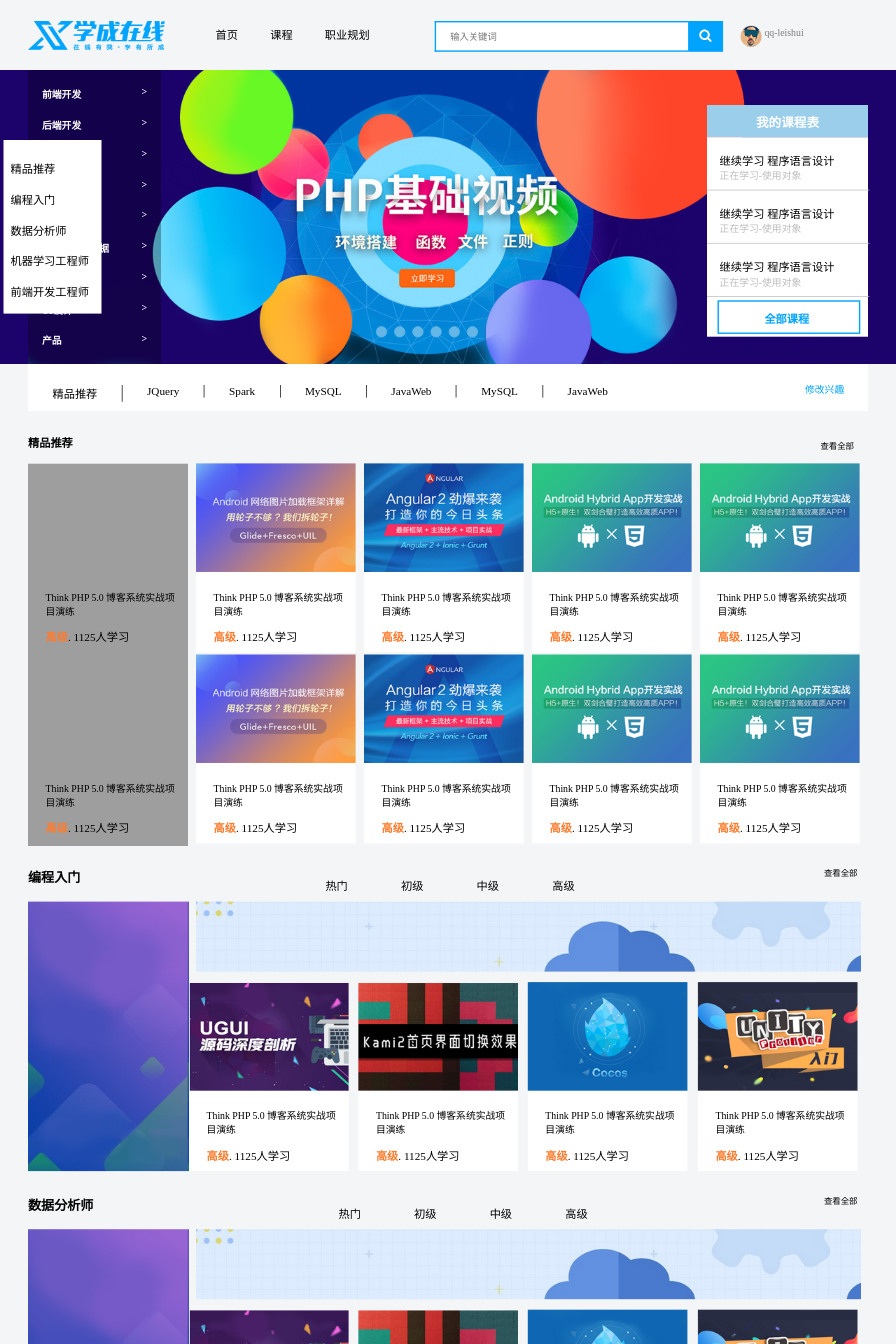
Repository: try-18/web-page-1
Page: index.html
These files come from the project's save history. The page is drawn as it stood at one moment and after the next save; the edit follows.
The browser window is 1280 px wide. The pictures show the part of the page from y = 0 to 1920 px (the page is 3340 px tall), at 70% of full size.
Pictures or frames that could not be fetched are drawn as grey boxes.

Above is the page before, as saved 2021-11-02 13:09:57.

### index.html
<!DOCTYPE html>
<html lang="en">

<head>
    <meta charset="UTF-8">
    <meta http-equiv="X-UA-Compatible" content="IE=edge">
    <meta name="viewport" content="width=device-width, initial-scale=1.0">
    <title>Document</title>
    <link rel="stylesheet" href="index.css">
</head>

<body>
    <div class="header center">
        <div class="logo1"><img src="img\logo.png" alt="学成在线"></div>
        <div class="first">
            <ul>
                <li><a href="#">首页</a></li>
                <li>
                    <a href="#">课程</a>
                </li>
                <li>
                    <a href="#">职业规划</a>
                </li>
            </ul>
        </div>
        <div class="sousuo">
            <input type="text" placeholder="输入关键词">
            <button><img src="img\search.png" alt=""></button>
        </div>
        <div class="person">
            <img src="img\touxiang.png" alt="">
            <h4>qq-leishui</h4>
        </div>
    </div>
    <div class="second">
        <div class="second1 center">
            <div class="second1left">
                <ul>
                    <li>
                        <a href="#">
                            <h4>前端开发</h4>
                            <h5>&gt;</h5>
                        </a>
                    </li>
                    <li>
                        <a href="#">
                            <h4>后端开发</h4>
                            <h5>&gt;</h5>
                        </a>
                    </li>
                    <li>
                        <a href="#">
                            <h4>移动开发</h4>
                            <h5>&gt;</h5>
                        </a>
                    </li>
                    <li>
                        <a href="#">
                            <h4>人工智能</h4>
                            <h5>&gt;</h5>
                        </a>
                    </li>
                    <li>
                        <a href="#">
                            <h4>商业预测</h4>
                            <h5>&gt;</h5>
                        </a>
                    </li>
                    <li>
                        <a href="#">
                            <h4>云计算&大数据</h4>
                            <h5>&gt;</h5>
                        </a>
                    </li>
                    <li>
                        <a href="#">
                            <h4>运维&从测试</h4>
                            <h5>&gt;</h5>
                        </a>
                    </li>
                    <li>
                        <a href="#">
                            <h4>UI设计</h4>
                            <h5>&gt;</h5>
                        </a>
                    </li>
                    <li>
                        <a href="#">
                            <h4>产品</h4>
                            <h5>&gt;</h5>
                        </a>
                    </li>
                </ul>
            </div>
            <div class="second1middle">
                <ul>
                    <li>
                        <a href="#">
                            <div></div>
                        </a>
                    </li>
                    <li>
                        <a href="#">
                            <div></div>
                        </a>
                    </li>
                    <li>
                        <a href="#">
                            <div></div>
                        </a>
                    </li>
                    <li>
                        <a href="#">
                            <div></div>
                        </a>
                    </li>
                    <li>
                        <a href="#">
                            <div></div>
                        </a>
                    </li>
                    <li>
                        <a href="#">
                            <div></div>
                        </a>
                    </li>
                </ul>
            </div>
            <div class="second1right">
                <div class="second1righttop">
                    <h4>我的课程表</h4>
                </div>
                <div class="second1rightmiddle">
                    <ul>
                        <li><a href="#">继续学习 程序语言设计<p>正在学习-使用对象</p></a>
                        </li>
                        <li><a href="#">继续学习 程序语言设计<p>正在学习-使用对象</p></a>
                        </li>
                        <li><a href="#">继续学习 程序语言设计<p>正在学习-使用对象</p></a>
                        </li>
                    </ul>
                </div>
                <div class="second1rightbottom">
                    <div class="second1rightbottomcenter">
                        <h4><a href="#">全部课程</a></h4>
                    </div>
                </div>
            </div>
        </div>
    </div>
    <div class="third center">
        <div class="thirdleft">
            <ul>
                <li><a href="#">精品推荐</a></li>
                <li><a href="#">JQuery</a></li>
                <li><a href="#">Spark</a></li>
                <li><a href="#">MySQL</a></li>
                <li><a href="#">JavaWeb</a></li>
                <li><a href="#">MySQL</a></li>
                <li><a href="#">JavaWeb</a></li>
            </ul>
        </div>
        <div class="thirdright">
            <a href="#">修改兴趣</a>
        </div>

    </div>
    <div class="fourth">
        <div class="fourthtop center">
            <div class="fourthtopleft">
                <h4>精品推荐</h4>
            </div>
            <div class="fourthtopright" id="fourth">
                <a href="#">查看全部</a>
            </div>
        </div>
        <div class="fourthmiddle center">
            <div class="fourthmiddle1 fourthmiddle0">

                <p><a href="#">Think PHP 5.0 博客系统实战项目演练</a></p>
                <div class="fourthmiddle11">
                    <h4>高级</h4>
                    <span> . 1125人学习</span>
                </div>
            </div>
            <div class="fourthmiddle2 fourthmiddle0">
                <p><a href="#">Think PHP 5.0 博客系统实战项目演练</a></p>
                <div class="fourthmiddle11">
                    <h4>高级</h4>
                    <span> . 1125人学习</span>
                </div>
            </div>
            <div class="fourthmiddle3 fourthmiddle0">
                <p><a href="#">Think PHP 5.0 博客系统实战项目演练</a></p>
                <div class="fourthmiddle11">
                    <h4>高级</h4>
                    <span> . 1125人学习</span>
                </div>
            </div>
            <div class="fourthmiddle4 fourthmiddle0">
                <p><a href="#">Think PHP 5.0 博客系统实战项目演练</a></p>
                <div class="fourthmiddle11">
                    <h4>高级</h4>
                    <span> . 1125人学习</span>
                </div>
            </div>
            <div class="fourthmiddle5 fourthmiddle0">
                <p><a href="#">Think PHP 5.0 博客系统实战项目演练</a></p>
                <div class="fourthmiddle11">
                    <h4>高级</h4>
                    <span> . 1125人学习</span>
                </div>
            </div>
            <div class="fourthmiddle6 fourthmiddle0">
                <p><a href="#">Think PHP 5.0 博客系统实战项目演练</a></p>
                <div class="fourthmiddle11">
                    <h4>高级</h4>
                    <span> . 1125人学习</span>
                </div>
            </div>
            <div class="fourthmiddle7 fourthmiddle0">
                <p><a href="#">Think PHP 5.0 博客系统实战项目演练</a></p>
                <div class="fourthmiddle11">
                    <h4>高级</h4>
                    <span> . 1125人学习</span>
                </div>
            </div>
            <div class="fourthmiddle8 fourthmiddle0">
                <p><a href="#">Think PHP 5.0 博客系统实战项目演练</a></p>
                <div class="fourthmiddle11">
                    <h4>高级</h4>
                    <span> . 1125人学习</span>
                </div>
            </div>
            <div class="fourthmiddle9 fourthmiddle0">
                <p><a href="#">Think PHP 5.0 博客系统实战项目演练</a></p>
                <div class="fourthmiddle11">
                    <h4>高级</h4>
                    <span> . 1125人学习</span>
                </div>
            </div>
            <div class="fourthmiddle10 fourthmiddle0">
                <p><a href="#">Think PHP 5.0 博客系统实战项目演练</a></p>
                <div class="fourthmiddle11">
                    <h4>高级</h4>
                    <span> . 1125人学习</span>
                </div>
            </div>
        </div>
    </div>
    <div class="fifthtop center">
        <h3>编程入门</h3>
        <div class="fifthtopmiddle">
            <ul>
                <li>热门</li>
                <li>初级</li>
                <li>中级</li>
                <li>高级</li>
            </ul>
        </div>
        <a href="#" id="fifth">查看全部</a>
    </div>
    <div class="fifthmiddle center">
        <div class="fifthmiddleleft"> </div>
        <div class="fifthmiddletop"></div>
        <div class="fifthmiddlemiddle">
            <div class="fifthmiddle1 fourthmiddle0">
                <p><a href="#">Think PHP 5.0 博客系统实战项目演练</a></p>
                <div class="fifthmiddle11">
                    <h4>高级</h4>
                    <span> . 1125人学习</span>
                </div>
            </div>
            <div class="fifthmiddle2 fourthmiddle0">
                <p><a href="#">Think PHP 5.0 博客系统实战项目演练</a></p>
                <div class="fifthmiddle11">
                    <h4>高级</h4>
                    <span> . 1125人学习</span>
                </div>
            </div>
            <div class="fifthmiddle3 fourthmiddle0">
                <p><a href="#">Think PHP 5.0 博客系统实战项目演练</a></p>
                <div class="fifthmiddle11">
                    <h4>高级</h4>
                    <span> . 1125人学习</span>
                </div>
            </div>
            <div class="fifthmiddle4 fourthmiddle0">
                <p><a href="#">Think PHP 5.0 博客系统实战项目演练</a></p>
                <div class="fifthmiddle11">
                    <h4>高级</h4>
                    <span> . 1125人学习</span>
                </div>
            </div>
        </div>
    </div>
    <div class="sixthtop center">
        <h3>数据分析师</h3>
        <div class="sixthtopmiddle">
            <ul>
                <li>热门</li>
                <li>初级</li>
                <li>中级</li>
                <li>高级</li>
            </ul>
        </div>
        <a href="#" id="sixth">查看全部</a>
    </div>
    <div class="sixthmiddle center">
        <div class="sixthmiddleleft">
        </div>
        <div class="sixthmiddletop">
        </div>
        <div class="sixthmiddlemiddle">
            <div class="sixthmiddle1 fourthmiddle0">
                <p><a href="#">Think PHP 5.0 博客系统实战项目演练</a></p>
                <div class="sixthmiddle11">
                    <h4>高级</h4>
                    <span> . 1125人学习</span>
                </div>
            </div>
            <div class="sixthmiddle2 fourthmiddle0">
                <p><a href="#">Think PHP 5.0 博客系统实战项目演练</a></p>
                <div class="sixthmiddle11">
                    <h4>高级</h4>
                    <span> . 1125人学习</span>
                </div>
            </div>
            <div class="sixthmiddle3 fourthmiddle0">
                <p><a href="#">Think PHP 5.0 博客系统实战项目演练</a></p>
                <div class="sixthmiddle11">
                    <h4>高级</h4>
                    <span> . 1125人学习</span>
                </div>
            </div>
            <div class="sixthmiddle4 fourthmiddle0">
                <p><a href="#">Think PHP 5.0 博客系统实战项目演练</a></p>
                <div class="sixthmiddle11">
                    <h4>高级</h4>
                    <span> . 1125人学习</span>
                </div>
            </div>
        </div>
    </div>
    <div class="seventhtop center">
        <h3>机器学习工程师</h3>
        <div class="seventhtopmiddle">
            <ul>
                <li>热门</li>
                <li>初级</li>
                <li>中级</li>
                <li>高级</li>
            </ul>
        </div>
        <a href="#" id="seventh">查看全部</a>
    </div>
    <div class="seventhmiddle center">
        <div class="seventhmiddlemiddle">
            <div class="seventhmiddle1 fourthmiddle0">
                <p><a href="#">Think PHP 5.0 博客系统实战项目演练</a></p>
                <div class="seventhmiddle11">
                    <h4>高级</h4>
                    <span> . 1125人学习</span>
                </div>
            </div>
            <div class="seventhmiddle2 fourthmiddle0">
                <p><a href="#">Think PHP 5.0 博客系统实战项目演练</a></p>
                <div class="seventhmiddle11">
                    <h4>高级</h4>
                    <span> . 1125人学习</span>
                </div>
            </div>
            <div class="seventhmiddle3 fourthmiddle0">
                <p><a href="#">Think PHP 5.0 博客系统实战项目演练</a></p>
                <div class="seventhmiddle11">
                    <h4>高级</h4>
                    <span> . 1125人学习</span>
                </div>
            </div>
            <div class="seventhmiddle4 fourthmiddle0">
                <p><a href="#">Think PHP 5.0 博客系统实战项目演练</a></p>
                <div class="seventhmiddle11">
                    <h4>高级</h4>
                    <span> . 1125人学习</span>
                </div>
            </div>
            <div class="seventhmiddle5 fourthmiddle0">
                <p><a href="#">Think PHP 5.0 博客系统实战项目演练</a></p>
                <div class="seventhmiddle11">
                    <h4>高级</h4>
                    <span> . 1125人学习</span>
                </div>
            </div>
        </div>
    </div>
    <div class="eighthtop center">
        <h3>前端开发工程师</h3>
        <div class="eighthtopmiddle">
            <ul>
                <li>热门</li>
                <li>初级</li>
                <li>中级</li>
                <li>高级</li>
            </ul>
        </div>
        <a href="#" id="eighth">查看全部</a>
    </div>
    <div class="eighthmiddle center">
        <div class="eighthmiddlemiddle">
            <div class="eighthmiddle1 fourthmiddle0">
                <p><a href="#">Think PHP 5.0 博客系统实战项目演练</a></p>
                <div class="eighthmiddle11">
                    <h4>高级</h4>
                    <span> . 1125人学习</span>
                </div>
            </div>
            <div class="eighthmiddle2 fourthmiddle0">
                <p><a href="#">Think PHP 5.0 博客系统实战项目演练</a></p>
                <div class="eighthmiddle11">
                    <h4>高级</h4>
                    <span> . 1125人学习</span>
                </div>
            </div>
            <div class="eighthmiddle3 fourthmiddle0">
                <p><a href="#">Think PHP 5.0 博客系统实战项目演练</a></p>
                <div class="eighthmiddle11">
                    <h4>高级</h4>
                    <span> . 1125人学习</span>
                </div>
            </div>
            <div class="eighthmiddle4 fourthmiddle0">
                <p><a href="#">Think PHP 5.0 博客系统实战项目演练</a></p>
                <div class="eighthmiddle11">
                    <h4>高级</h4>
                    <span> . 1125人学习</span>
                </div>
            </div>
            <div class="eighthmiddle5 fourthmiddle0">
                <p><a href="#">Think PHP 5.0 博客系统实战项目演练</a></p>
                <div class="eighthmiddle11">
                    <h4>高级</h4>
                    <span> . 1125人学习</span>
                </div>
            </div>
        </div>
    </div>
    <div class="last">
        <div class="lastcenter center">
            <div class="lastleft">
                <div class="lastcenterlefttop">
                    <img src="img\logo.png" alt="">
                </div>
                <div class="lastcenterleftmiddle">
                    <p>学成在线致力于普及中国最好的教育它与中国一流大学和机构合作提供在线课程。2017年XTCG Inc. 保留所有权利。-沪ICP备15025210号</p>
                </div>
                <div class="lastcenterleftbottom">
                    <a href="#">
                        <h4>下载APP</h4>
                    </a>
                </div>
            </div>
        </div>
        <div class="lastmiddle1">
            <h4>关于学成网</h4>
            <ul>
                <li><a href="#">关于</a></li>
                <li><a href="#">管理团队</a></li>
                <li><a href="#">工作机会</a></li>
                <li><a href="#">客户服务</a></li>
                <li><a href="#">帮助</a></li>
            </ul>
        </div>
        <div class="lastmiddle1">
            <h4>新手指南</h4>
            <ul>
                <li><a href="#">如何注册</a></li>
                <li><a href="#">如何选课</a></li>
                <li><a href="#">如何拿到毕业证</a></li>
                <li><a href="#">学分是什么</a></li>
                <li><a href="#">考试未通过怎么办</a></li>
            </ul>
        </div>
        <div class="lastmiddle1">
            <h4>合作伙伴</h4>
            <ul>
                <li><a href="#">合作机构</a></li>
                <li><a href="#">合作导师</a></li>
            </ul>
        </div>
    </div>
    <div class="left">
        <ul>
            <li><a href="#fourth">精品推荐</a></li>
            <li><a href="#fifth">编程入门</a></li>
            <li><a href="#sixth">数据分析师</a></li>
            <li><a href="#seventh">机器学习工程师</a></li>
            <li><a href="#eighth">前端开发工程师</a></li>
        </ul>
    </div>
</body>

</html>

Loaded but not shown: index.css (625 lines, source omitted)

After the next save:
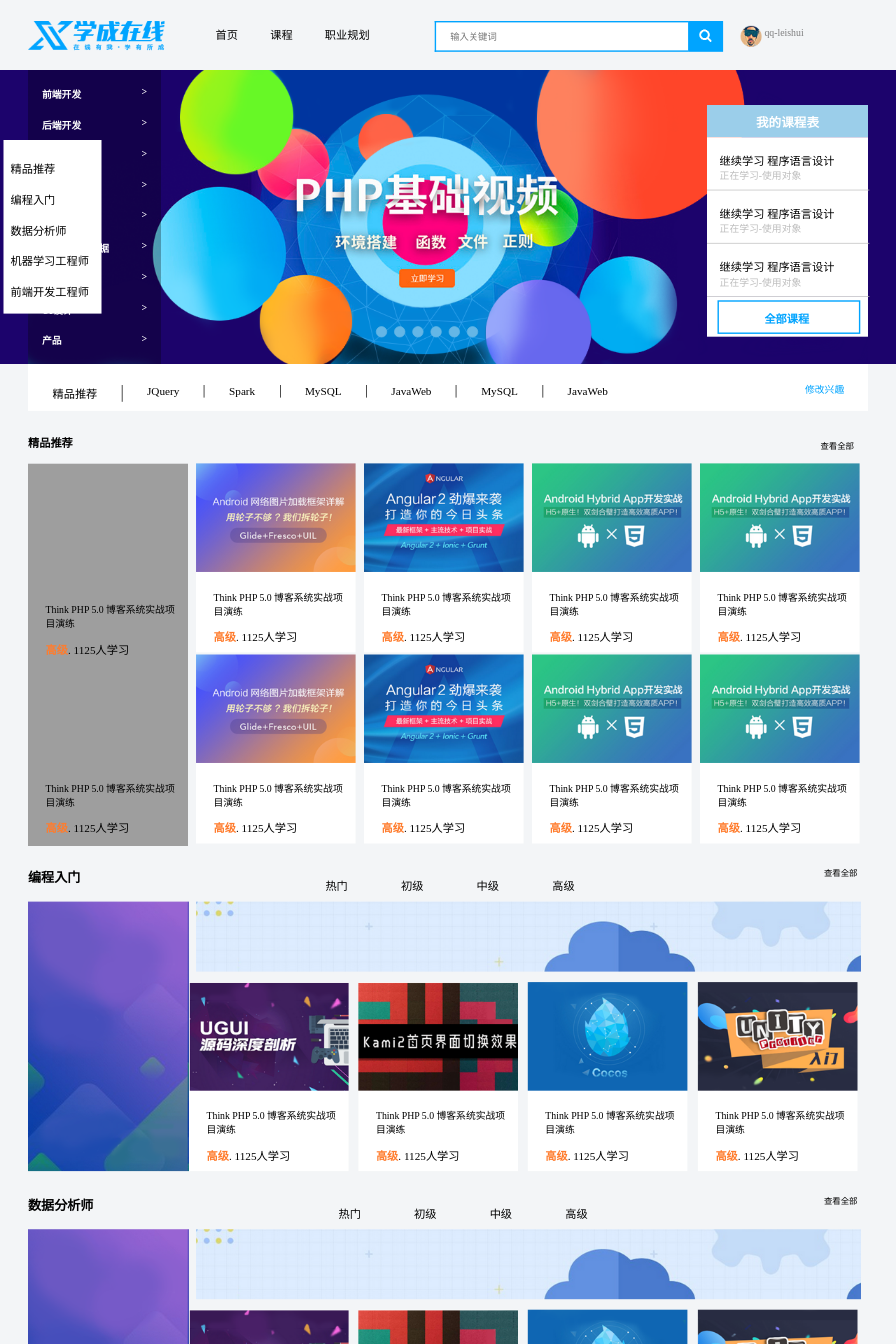
Saved 82 s later.
--- a/index.html
+++ b/index.html
@@ -176,7 +176,9 @@
         </div>
         <div class="fourthmiddle center">
             <div class="fourthmiddle1 fourthmiddle0">
-
+                <div class="hot">
+                    <img src="" alt="">
+                </div>
                 <p><a href="#">Think PHP 5.0 博客系统实战项目演练</a></p>
                 <div class="fourthmiddle11">
                     <h4>高级</h4>
